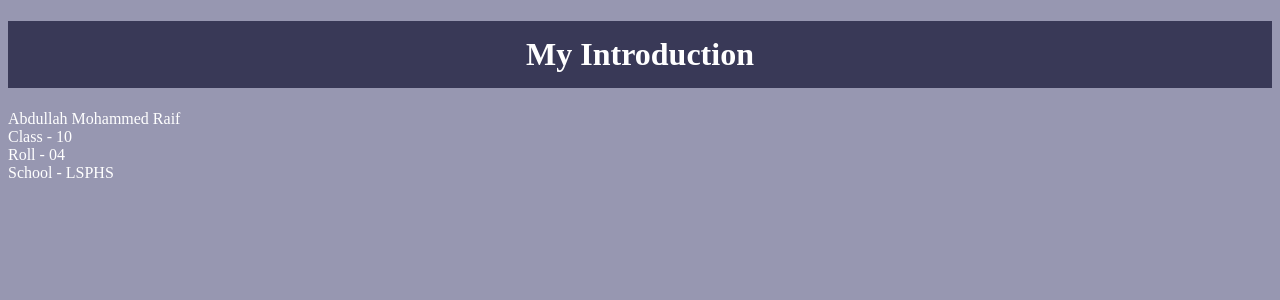
Repository: Raif-007/Portfolio
Page: index.html
These files come from the project's save history. The page is drawn as it stood at one moment and after the next save; the edit follows.
The browser window is 1280 px wide. The pictures show the whole page.

Above is the page before, as saved 2021-07-05 17:08:08.

After the next save:
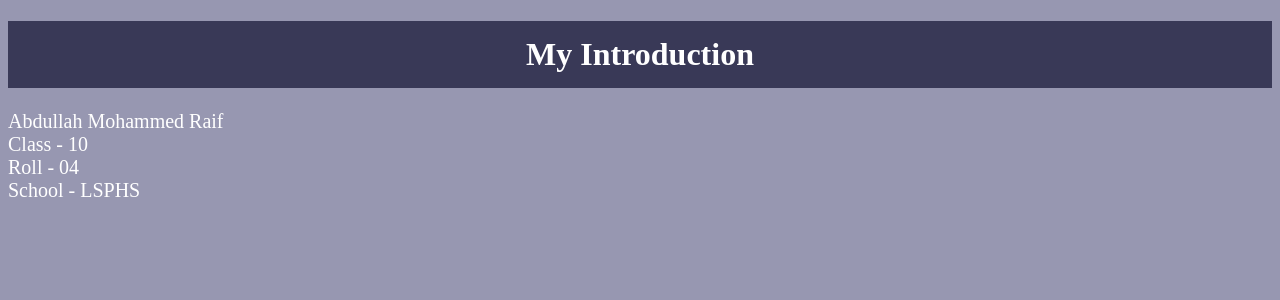
Saved 21 s later.
--- a/styles.css
+++ b/styles.css
@@ -8,3 +8,7 @@
     text-align: center;
     padding: 15px;
 }
+
+p {
+    font-size: 20px;
+}
